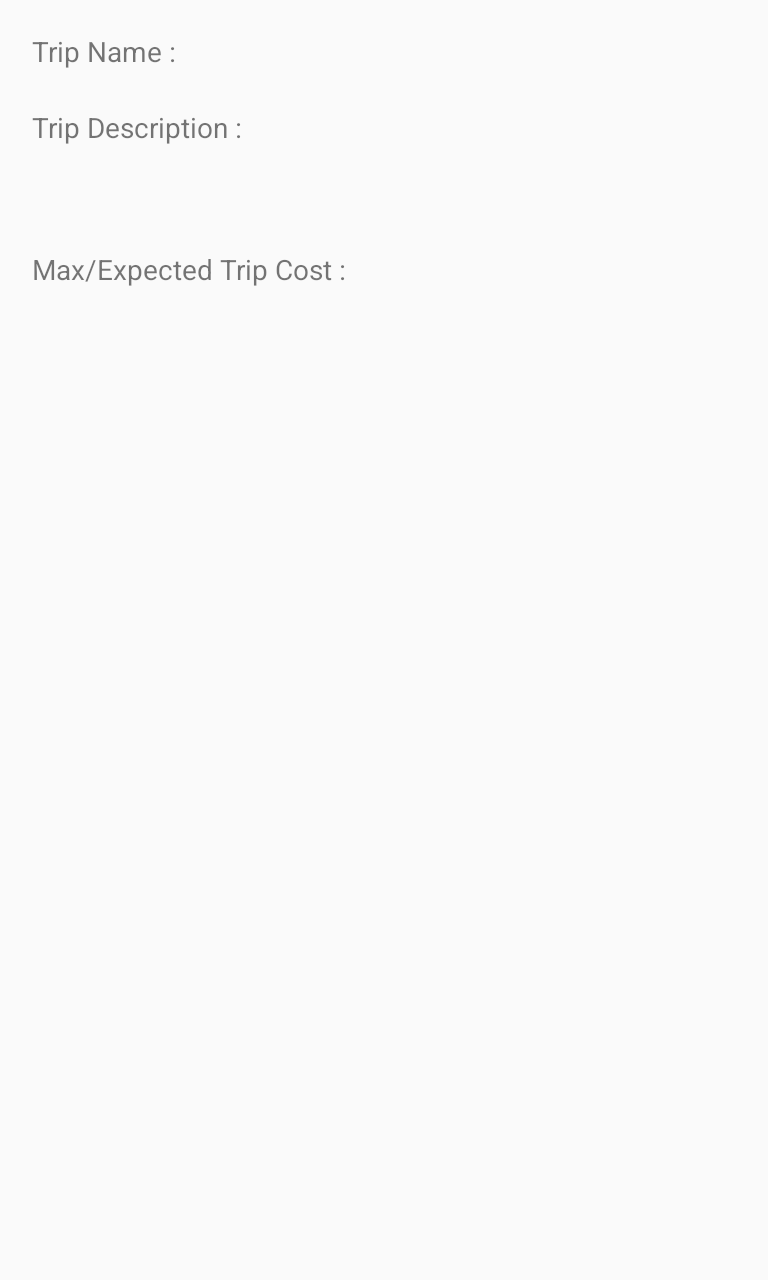
Repository: bandikishores/ShareMyTrip
Layout: ShareMyTrip/res/layout/activity_trip_details.xml
These files come from the project's save history. The layout is drawn as it stood at one moment and after the next save; the edit follows.
It is drawn on a 768 x 1280 px phone screen (xhdpi) without system bars, with theme AppTheme; the app's code is not run. Lists and similar views that code fills are empty.

Above is the layout before, as saved 2014-12-27 18:55:40.

After the next save:
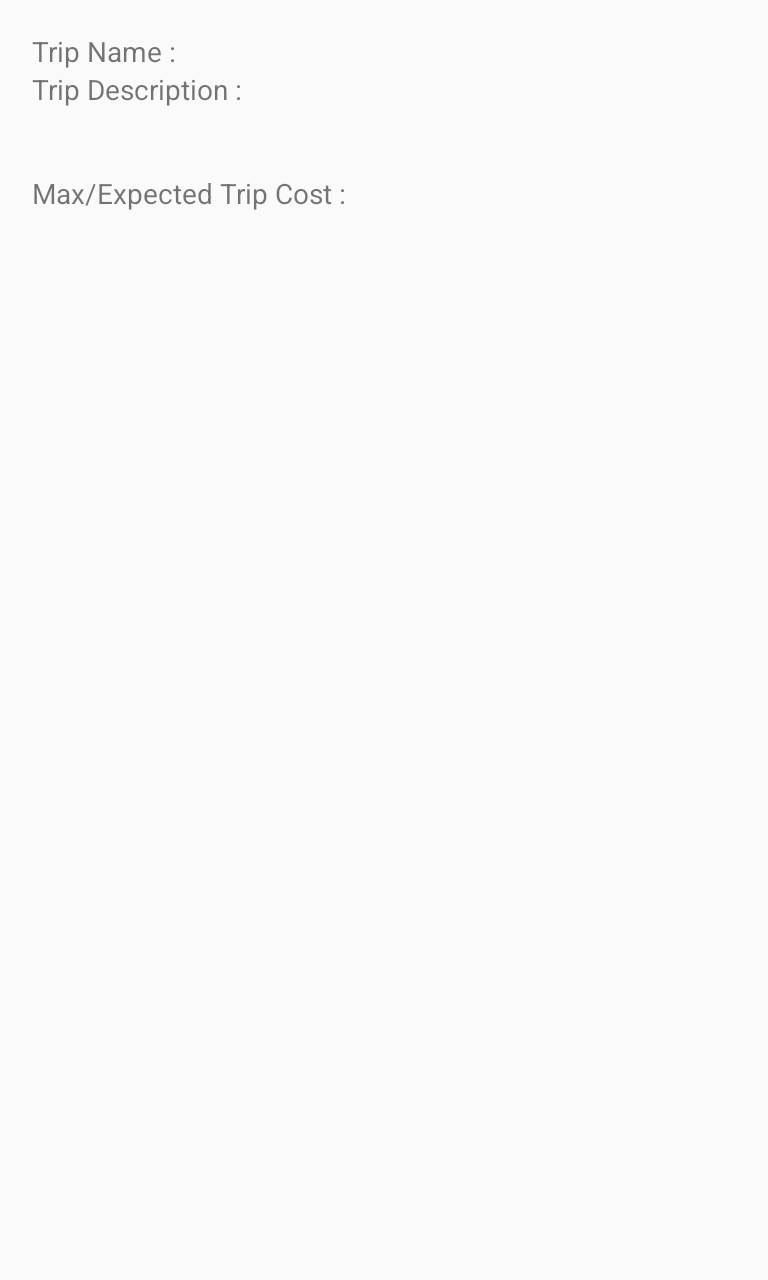
Saved 5 min 41 s later.
--- a/ShareMyTrip/res/layout/activity_trip_details.xml
+++ b/ShareMyTrip/res/layout/activity_trip_details.xml
@@ -9,60 +9,70 @@
     android:paddingTop="@dimen/activity_vertical_margin"
     tools:context="com.bandi.sharemytrip.TripDetailsActivity" >
 
+    <TableLayout
+        android:layout_width="fill_parent"
+        android:layout_height="wrap_content"
+        android:layout_gravity="fill_horizontal"
+        android:scrollbars="horizontal|vertical" >
 
-    <TableLayout
-        android:layout_width="wrap_content"
-        android:layout_height="wrap_content" >
+        <TableRow
+            android:id="@+id/nameRow"
+            android:layout_width="wrap_content"
+            android:layout_height="wrap_content" >
 
-    	<TextView
-	       android:layout_width="wrap_content"
-	       android:layout_height="wrap_content"
-	       android:text="@string/trip_name_colon"
-	        />
+            <TextView
+                android:layout_width="wrap_content"
+                android:layout_height="wrap_content"
+                android:text="@string/trip_name_colon" />
 
-    	<TextView
-	        android:id="@+id/tripName"
-	       android:layout_width="wrap_content"
-	       android:layout_height="wrap_content"
-	       android:text="@string/empty_string"
-	        />
+            <TextView
+                android:id="@+id/tripName"
+                android:layout_width="wrap_content"
+                android:layout_height="wrap_content"
+                android:text="@string/empty_string" />
+        </TableRow>
 
-    	<TextView
-    	   android:minLines="3"
-	       android:layout_width="wrap_content"
-	       android:layout_height="wrap_content"
-	       android:text="@string/trip_desc_colon"
-	        />
+        <TableRow
+            android:id="@+id/descRow"
+            android:layout_width="wrap_content"
+            android:layout_height="wrap_content" >
 
-	    <TextView
-	        android:id="@+id/tripDesc"
-	       android:layout_width="wrap_content"
-	       android:layout_height="wrap_content"
-	       android:text="@string/empty_string"
-	        />
+            <TextView
+                android:layout_width="wrap_content"
+                android:layout_height="wrap_content"
+                android:minLines="3"
+                android:text="@string/trip_desc_colon" />
 
-    	<TextView
-	       android:layout_width="wrap_content"
-	       android:layout_height="wrap_content"
-	       android:text="@string/est_trip_cost_colon"
-	        />
+            <TextView
+                android:id="@+id/tripDesc"
+                android:layout_width="wrap_content"
+                android:layout_height="wrap_content"
+                android:text="@string/empty_string" />
+        </TableRow>
 
-	    <TextView
-	        android:id="@+id/estCost"
-	       android:layout_width="wrap_content"
-	       android:layout_height="wrap_content"
-	       android:text="@string/empty_string"
-	        />
+        <TableRow
+            android:id="@+id/costRow"
+            android:layout_width="wrap_content"
+            android:layout_height="wrap_content" >
 
+            <TextView
+                android:layout_width="wrap_content"
+                android:layout_height="wrap_content"
+                android:text="@string/est_trip_cost_colon" />
+
+            <TextView
+                android:id="@+id/estCost"
+                android:layout_width="wrap_content"
+                android:layout_height="wrap_content"
+                android:text="@string/empty_string" />
+        </TableRow>
     </TableLayout>
-
 
     <ListView
         android:id="@+id/tripDetails"
         android:layout_width="wrap_content"
         android:layout_height="wrap_content"
         android:text="@string/hello" >
-
     </ListView>
 
 </LinearLayout>
